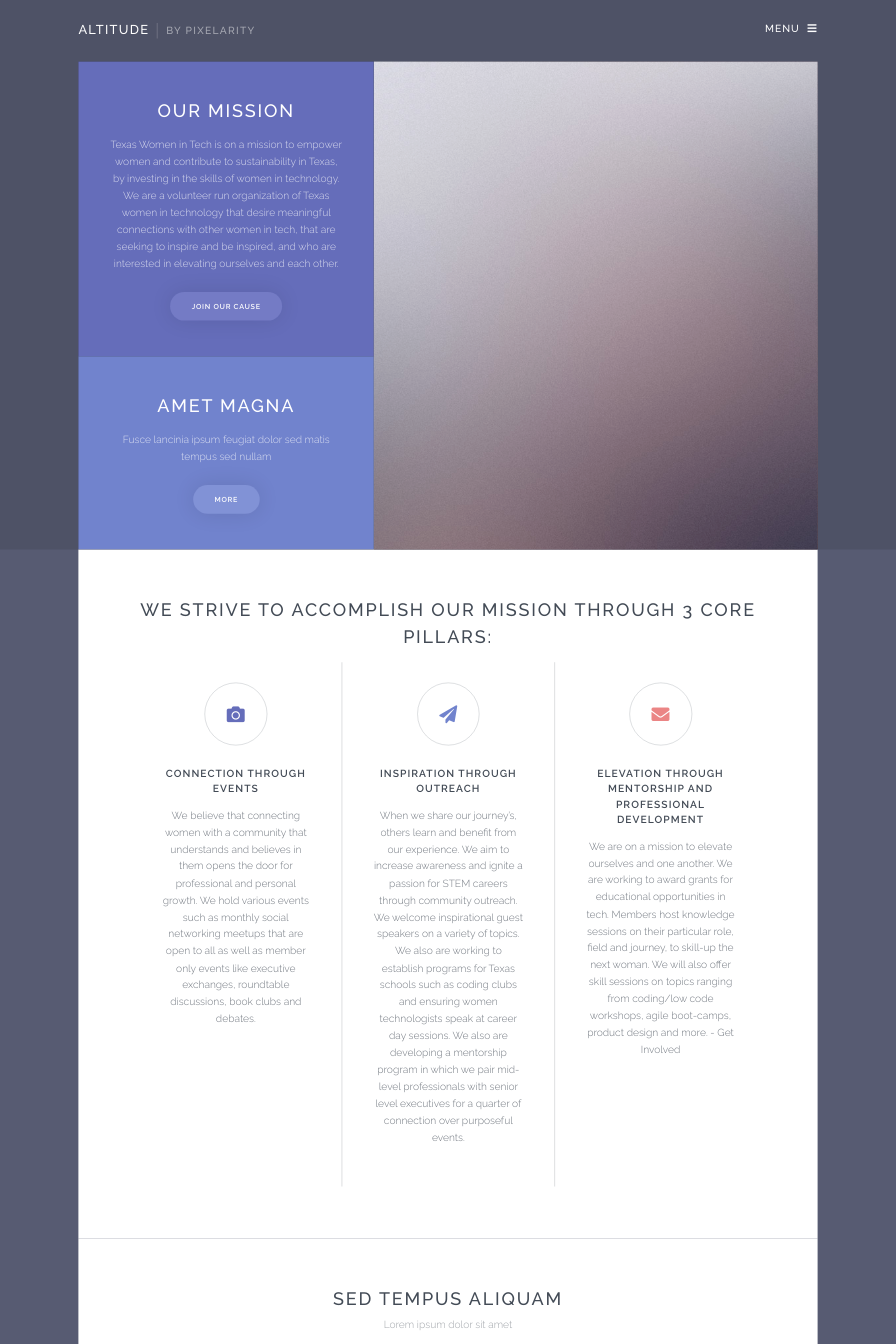
Repository: Roshanell/Houston-women-in-tech
Page: index.html
These files come from the project's save history. The page is drawn as it stood at one moment and after the next save; the edit follows.
The browser window is 1280 px wide. The pictures show the part of the page from y = 0 to 1920 px (the page is 3867 px tall before and 3592 px after), at 70% of full size.

Above is the page before, as saved 2022-12-11 15:57:21.

### index.html
<!DOCTYPE HTML>

<html>

	<head>
		<title>Texas Women In Tech</title>
		<meta charset="utf-8" />
		<meta name="viewport" content="width=device-width, initial-scale=1, user-scalable=no" />
		<link rel="stylesheet" href="assets/css/main.css" />
	</head>

	<body class="is-preload">

		<!-- Page Wrapper -->
		<div id="page-wrapper">

			<!-- Wrapper -->
			<div class="wrapper">
				<div class="inner">

					<!-- Header -->
					<header id="header">
						<a href="index.html" class="logo">Altitude <span>by Pixelarity</span></a>
						<nav>
							<ul>
								<li><a href="#menu">Menu</a></li>
							</ul>
						</nav>
					</header>

					<!-- Nav -->
					<nav id="menu">
						<ul class="links">
							<li><a href="index.html">Home</a></li>
							<li><a href="generic.html">Generic</a></li>
							<li><a href="elements.html">Elements</a></li>
						</ul>
						<ul class="actions stacked">
							<li><a href="#" class="button primary fit">Sign Up</a></li>
							<li><a href="#" class="button fit">Log In</a></li>
						</ul>
					</nav>

					<!-- Banner -->
					<section id="banner">
						<div class="items">
							<section class="accent2">
								<h1>Our Mission</h1>
								<p>Texas Women in Tech is on a mission to empower women and contribute to sustainability in Texas, by
									investing in the skills of women in technology.
									<br>
									We are a volunteer run organization of Texas women in technology that desire meaningful connections
									with other women in tech, that are seeking to inspire and be inspired, and who are interested in
									elevating ourselves and each other.
								</p>
								<ul class="actions special">
									<li><a href="#" class="button primary">Join Our Cause</a></li>
								</ul>
							</section>
							<section class="accent3">
								<h1>Amet magna</h1>
								<p>Fusce lancinia ipsum feugiat dolor sed matis tempus sed nullam</p>
								<ul class="actions special">
									<li><a href="#" class="button primary">More</a></li>
								</ul>
							</section>
						</div>
						<div class="slider">
							<article>
								<img src="images/pic01.jpg" alt="" data-position="bottom right" />
							</article>
							<article>
								<img src="images/pic02.jpg" alt="" data-position="bottom right" />
							</article>
							<article>
								<img src="images/pic03.jpg" alt="" data-position="top left" />
							</article>
						</div>
					</section>

				</div>
			</div>

			<!-- Wrapper -->
			<div class="wrapper">
				<div class="inner">

					<!-- Section -->
					<section class="main">
						<header class="major">
							<h2>We strive to accomplish our mission through 3 core pillars:</h2>
						</header>
						<div class="features">
							<section>
								<span class="icon solid fa-camera major accent2"></span>
								<h3>Connection through events</h3>
								<p>We believe that connecting women with a community that understands and believes in them opens the
									door for professional and personal growth. We hold various events such as monthly social networking
									meetups that are open to all as well as member only events like executive exchanges, roundtable
									discussions, book clubs and debates.</p>
							</section>
							<section>
								<span class="icon solid fa-paper-plane major accent3"></span>
								<h3>Inspiration through Outreach</h3>
								<p>When we share our journey’s, others learn and benefit from our experience. We aim to increase
									awareness and ignite a passion for STEM careers through community outreach. We welcome inspirational
									guest speakers on a variety of topics. We also are working to establish programs for Texas schools
									such as coding clubs and ensuring women technologists speak at career day sessions. We also are
									developing a mentorship program in which we pair mid-level professionals with senior level executives
									for a quarter of connection over purposeful events.</p>
							</section>
							<section>
								<span class="icon solid fa-envelope major accent4"></span>
								<h3>Elevation through Mentorship and Professional Development </h3>
								<p>We are on a mission to elevate ourselves and one another. We are working to award grants for
									educational opportunities in tech. Members host knowledge sessions on their particular role, field and
									journey, to skill-up the next woman. We will also offer skill sessions on topics ranging from
									coding/low code workshops, agile boot-camps, product design and more.
									- Get Involved
								</p>
							</section>
						</div>
					</section>

					<!-- Section -->
					<!-- <section class="carousel accent4">
						<article>
							<div class="image"><img src="images/pic04.jpg" alt="" data-position="center" /></div>
							<div class="content">
								<h3>Magna tempus</h3>
								<p>Adipiscing ullamcorper semper ut amet ac risus. Lorem sapien ut odio odio nunc. Ac adipiscing nibh
									porttitor erat risus justo adipiscing adipiscing amet placerat.</p>
							</div>
						</article>
						<article>
							<div class="image"><img src="images/pic05.jpg" alt="" data-position="center" /></div>
							<div class="content">
								<h3>Consequat ipsum</h3>
								<p>Sapien a lorem in integer ornare praesent commodo adipiscing arcu in massa commodo lorem accumsan at
									odio massa ac ac. Semper adipiscing varius accumsan.</p>
							</div>
						</article>
						<article>
							<div class="image"><img src="images/pic06.jpg" alt="" data-position="center" /></div>
							<div class="content">
								<h3>Magna tempus</h3>
								<p>Volutpat eu sed ante lacinia sapien lorem accumsan varius montes viverra nibh in adipiscing blandit
									tempus accumsan lorem ipsum dolor sit amet nullam aliquam.</p>
							</div>
						</article>
						<nav>
							<a href="#" class="previous"><span class="label">Previous</span></a>
							<a href="#" class="next"><span class="label">Next</span></a>
						</nav>
					</section> -->

					<!-- Section -->
					<section class="main">
						<header class="major">
							<h2>Sed tempus aliquam</h2>
							<p>Lorem ipsum dolor sit amet</p>
						</header>
						<div class="spotlights">
							<article>
								<div class="image"><img src="images/pic07.jpg" alt="" data-position="center" /></div>
								<div class="content">
									<h3>Aliquam</h3>
									<p>Morbi in sem quis dui placerat ellentesque odio nisi euismod in haretra a, ultricies in, diam ed
										rcuc consequat lorem ipsum dolor.</p>
									<ul class="actions special">
										<li><a href="#" class="button primary">More</a></li>
									</ul>
								</div>
							</article>
							<article>
								<div class="image"><img src="images/pic08.jpg" alt="" data-position="center" /></div>
								<div class="content">
									<h3>Pellentesque fermentum</h3>
									<p>Eed egestas, ante et vulputate volutpat, eros pede semper est, vitae luctus metus libero eu augue.
										Morbi purus libero, faucibus adipiscing, commodo quis, gravida id, est. Sed lectus. Praesent
										elementum lorem ipsum blandid sti amet velvelit.</p>
									<ul class="actions special">
										<li><a href="#" class="button primary">More</a></li>
									</ul>
								</div>
							</article>
							<article>
								<div class="image"><img src="images/pic08.jpg" alt="" data-position="center" /></div>
								<div class="content">
									<h3>Pellentesque fermentum</h3>
									<p>Eed egestas, ante et vulputate volutpat, eros pede semper est, vitae luctus metus libero eu augue.
										Morbi purus libero, faucibus adipiscing, commodo quis, gravida id, est. Sed lectus. Praesent
										elementum lorem ipsum blandid sti amet velvelit.</p>
									<ul class="actions special">
										<li><a href="#" class="button primary">More</a></li>
									</ul>
								</div>
							</article>
						</div>
					</section>

				</div>
			</div>

			<!-- Wrapper -->
			<div class="wrapper">
				<div class="inner">

					<!-- Section -->
					<section class="main accent2">
						<header class="major">
							<h2>Get notified</h2>
							<p>Lorem ipsum dolor sit amet nullam feugiat tempus</p>
						</header>
						<form method="post" action="#" class="combined">
							<input type="email" name="email" id="email" placeholder="Email address" class="invert" />
							<input type="submit" class="primary" value="Sign Up" />
						</form>
					</section>

					<!-- Footer -->
					<footer id="footer">
						<section class="links">
							<div>
								<h3>Magna</h3>
								<ul class="plain">
									<li><a href="#">Aliquam tempus</a></li>
									<li><a href="#">Ultrecies nul</a></li>
									<li><a href="#">Gravida ultricies</a></li>
									<li><a href="#">Commodo etiam</a></li>
								</ul>
							</div>
							<div>
								<h3>Feugiat</h3>
								<ul class="plain">
									<li><a href="#">Morbi sem lorem</a></li>
									<li><a href="#">Praes sed dapi</a></li>
									<li><a href="#">Sed adipis nullam</a></li>
									<li><a href="#">Fus dolor lacinia</a></li>
								</ul>
							</div>
							<div>
								<h3>Tempus</h3>
								<ul class="plain">
									<li><a href="#">Donecnec etiam</a></li>
									<li><a href="#">Aapibus sedun</a></li>
									<li><a href="#">Namnulla tempus</a></li>
									<li><a href="#">Morbi set amet</a></li>
								</ul>
							</div>
							<div>
								<h3>Aliquam</h3>
								<ul class="plain">
									<li><a href="#">Lorem prasent dia</a></li>
									<li><a href="#">Nellentes ipsum</a></li>
									<li><a href="#">Diamsed arcu dolor</a></li>
									<li><a href="#">Sit amet cursus</a></li>
								</ul>
							</div>
						</section>
						<ul class="contact-icons">
							<li class="icon solid fa-home">1234 Fictional Street #5432 Nashville, TN 00000-0000</li>
							<li class="icon solid fa-phone"><a href="#">(000) 000-0000</a></li>
							<li class="icon solid fa-envelope"><a href="#">info@untitled.tld</a></li>
						</ul>
						<p class="copyright">&copy; Untitled. All rights reserved.</p>
					</footer>

				</div>
			</div>

		</div>

		<!-- Scripts -->
		<script src="assets/js/jquery.min.js"></script>
		<script src="assets/js/browser.min.js"></script>
		<script src="assets/js/breakpoints.min.js"></script>
		<script src="assets/js/util.js"></script>
		<script src="assets/js/main.js"></script>

	</body>

</html>

Loaded but not shown: assets/css/fontawesome-all.min.css (library); assets/js/jquery.min.js (library); assets/js/browser.min.js (common file); assets/js/breakpoints.min.js (common file); assets/js/util.js (587 lines, source omitted); assets/js/main.js (337 lines, source omitted); assets/css/main.css (5511 lines, source omitted)

After the next save:
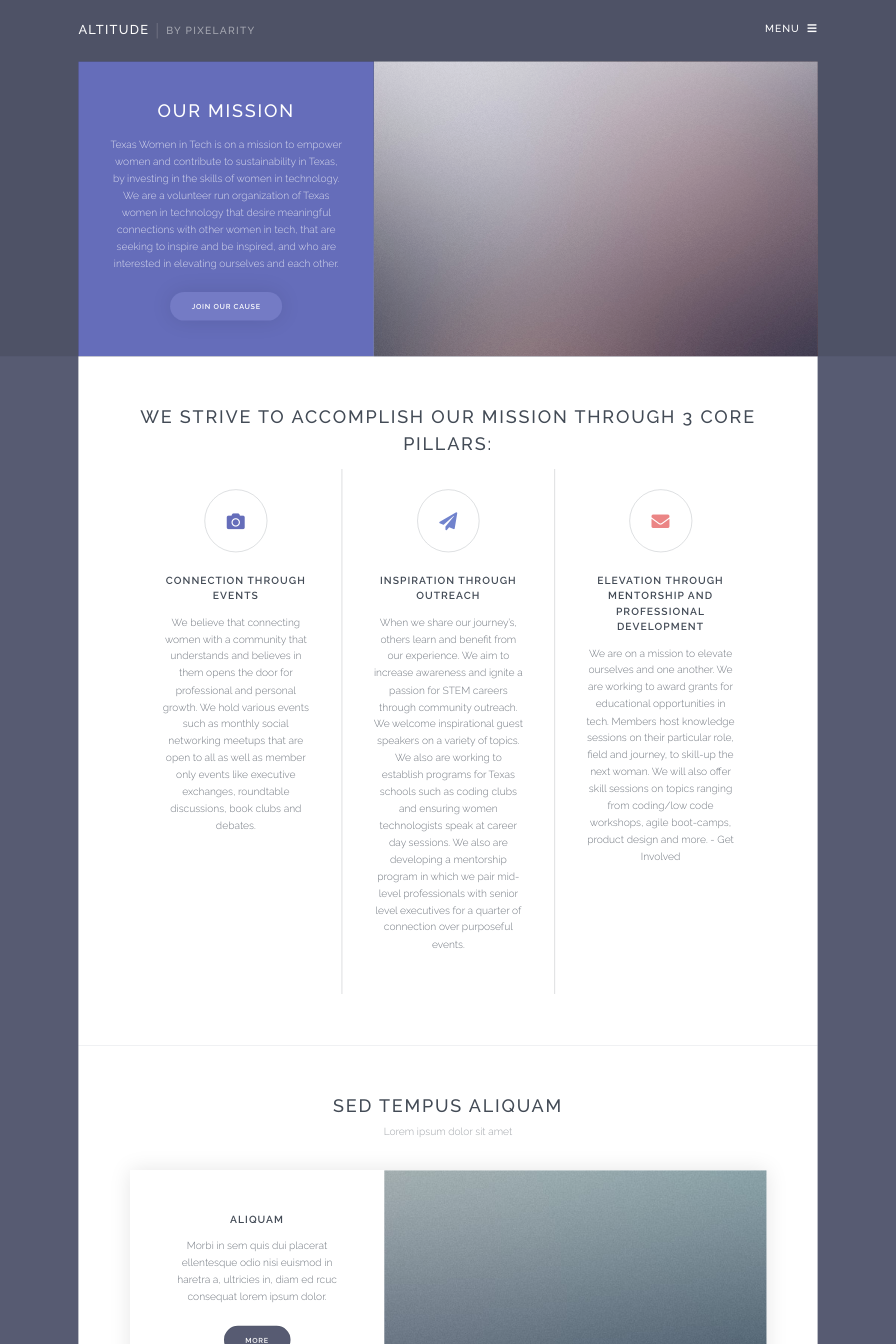
Saved 53 s later.
--- a/index.html
+++ b/index.html
@@ -57,13 +57,13 @@
 									<li><a href="#" class="button primary">Join Our Cause</a></li>
 								</ul>
 							</section>
-							<section class="accent3">
+							<!-- <section class="accent3">
 								<h1>Amet magna</h1>
 								<p>Fusce lancinia ipsum feugiat dolor sed matis tempus sed nullam</p>
 								<ul class="actions special">
 									<li><a href="#" class="button primary">More</a></li>
 								</ul>
-							</section>
+							</section> -->
 						</div>
 						<div class="slider">
 							<article>
